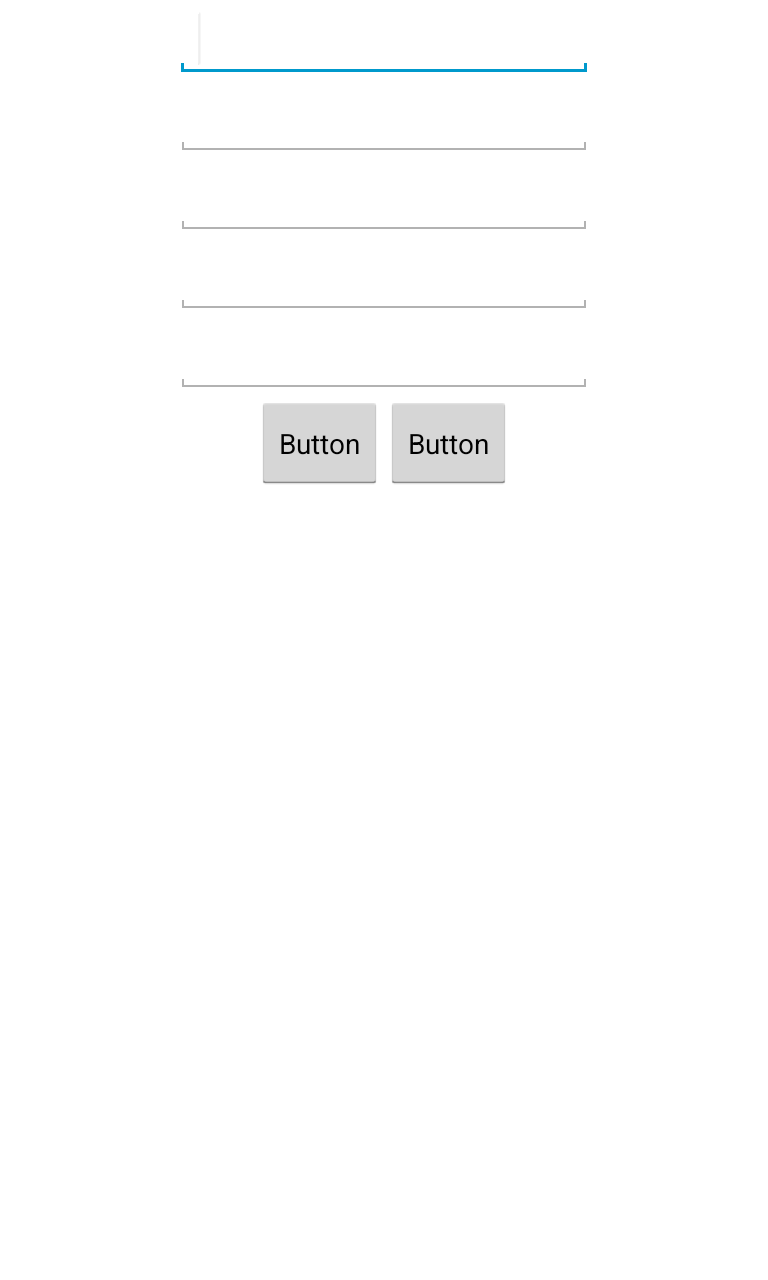
Repository: Dres90/TourngenWS
Layout: APP/Tourngen/res/layout/signup.xml
The author's editor kept a copy of each file at every save. The layout is drawn from the files as they stood at one save, then again after the next save.
It is drawn on a 768 x 1280 px phone screen (xhdpi) without system bars, with theme AppTheme; the app's code is not run.

Above is the layout before, as saved 2014-04-11 19:38:22.

After the next save:
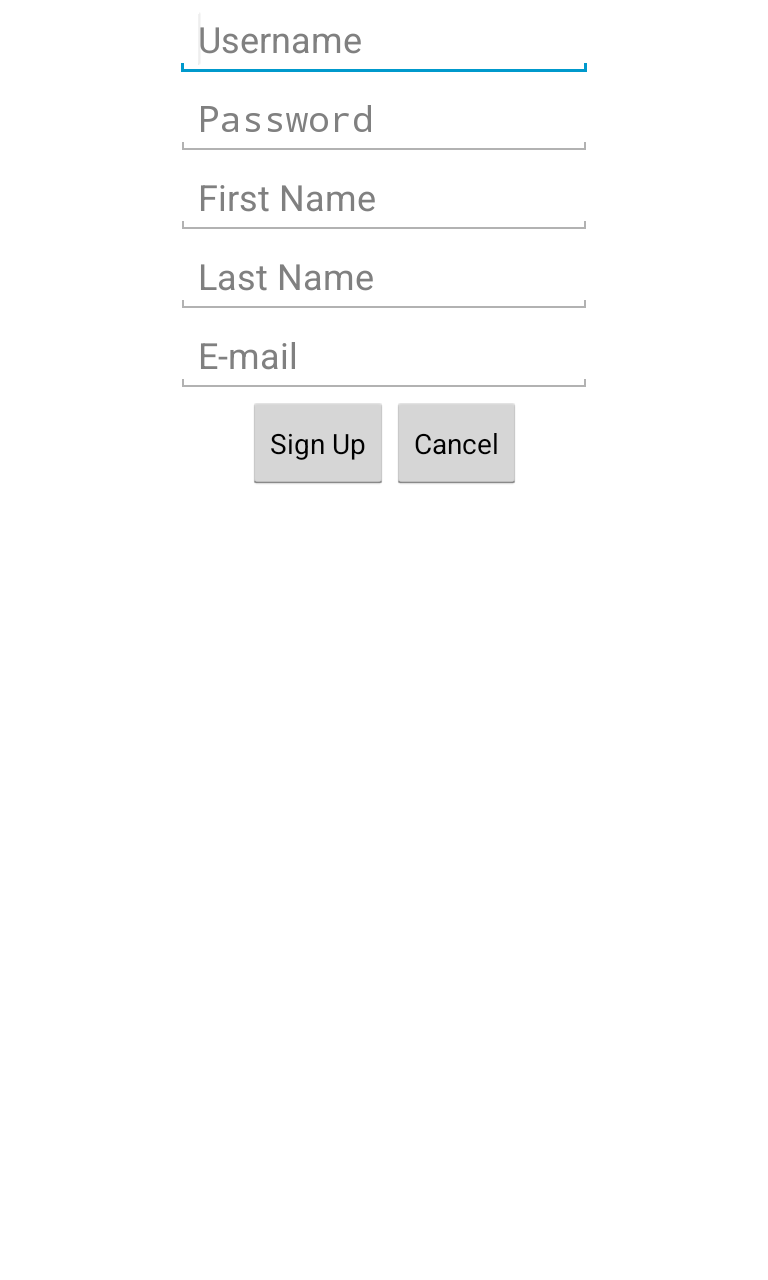
Saved 117 s later.
--- a/APP/Tourngen/res/layout/signup.xml
+++ b/APP/Tourngen/res/layout/signup.xml
@@ -10,7 +10,8 @@
         android:layout_column="0"
         android:layout_gravity="center_horizontal|top"
         android:layout_row="0"
-        android:ems="10" >
+        android:ems="10"
+        android:hint="Username" >
 
         <requestFocus />
     </EditText>
@@ -21,6 +22,7 @@
         android:layout_gravity="center_horizontal|top"
         android:layout_row="1"
         android:ems="10"
+        android:hint="Password"
         android:inputType="textPassword" />
 
     <EditText
@@ -29,6 +31,7 @@
         android:layout_gravity="center_horizontal|top"
         android:layout_row="2"
         android:ems="10"
+        android:hint="First Name"
         android:inputType="textPersonName" />
 
     <EditText
@@ -37,6 +40,7 @@
         android:layout_gravity="center_horizontal|top"
         android:layout_row="3"
         android:ems="10"
+        android:hint="Last Name"
         android:inputType="textPersonName" />
 
     <EditText
@@ -45,6 +49,7 @@
         android:layout_gravity="center_horizontal|top"
         android:layout_row="4"
         android:ems="10"
+        android:hint="E-mail"
         android:inputType="textEmailAddress" />
 
     <LinearLayout
@@ -57,14 +62,14 @@
             style="?android:attr/buttonStyleSmall"
             android:layout_width="wrap_content"
             android:layout_height="wrap_content"
-            android:text="Button" />
+            android:text="Sign Up" />
 
         <Button
-            android:id="@+id/button2"
+            android:id="@+id/cancel_signup"
             style="?android:attr/buttonStyleSmall"
             android:layout_width="wrap_content"
             android:layout_height="wrap_content"
-            android:text="Button" />
+            android:text="Cancel" />
 
     </LinearLayout>
 
